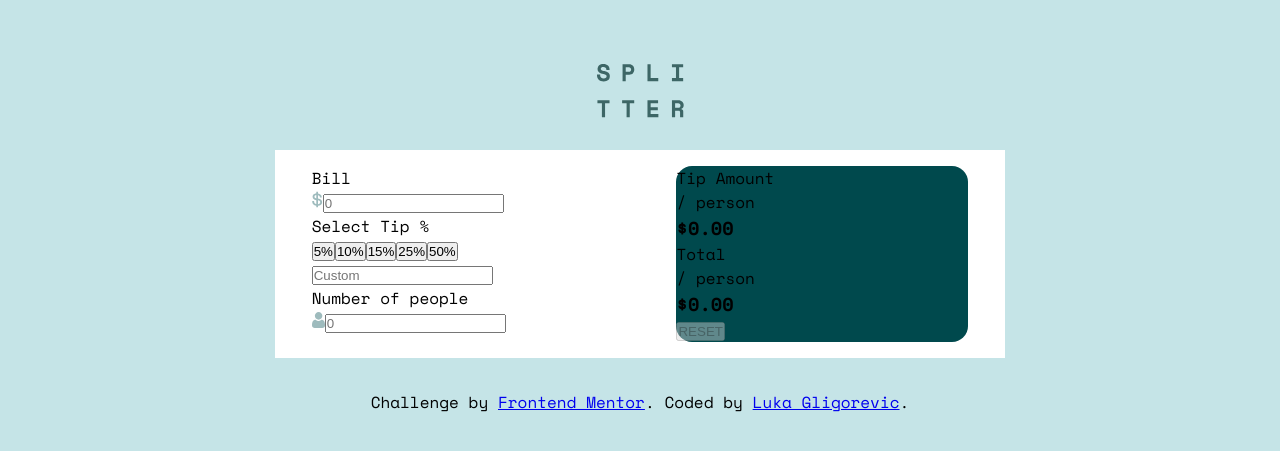
Repository: gligor99/tip-fmentor
Page: /
These files come from the project's save history. The page is drawn as it stood at one moment and after the next save; the edit follows.
The browser window is 1280 px wide. The pictures show the whole page.
The project was rebuilt for these pictures with package versions that can differ from the ones it lists, and the page was loaded fresh each time.

Above is the page before, as saved 2021-11-27 17:41:56.

After the next save:
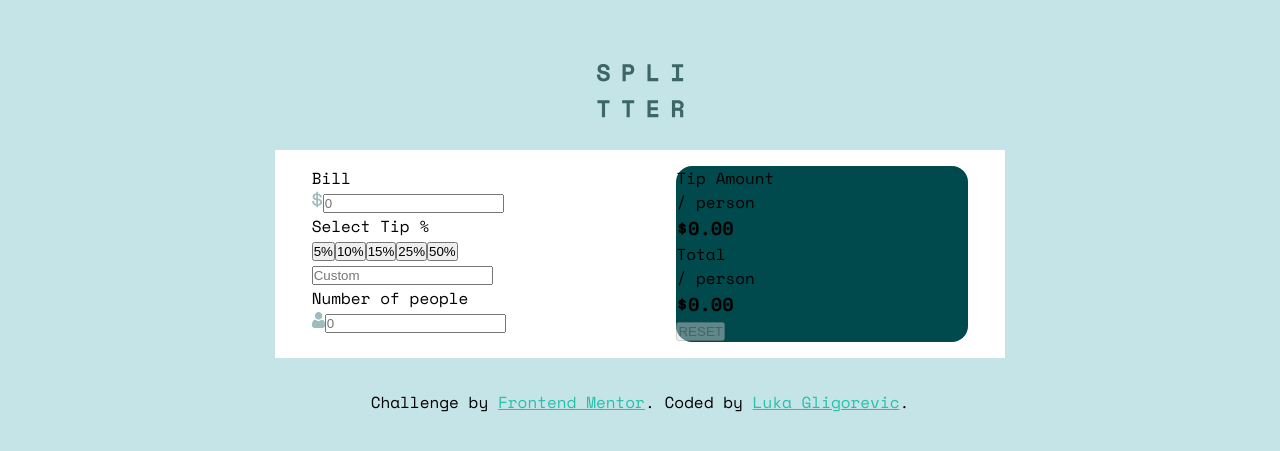
Saved 21 s later.
--- a/src/index.css
+++ b/src/index.css
@@ -44,6 +44,9 @@ body {
   text-align: center;
   padding: 2rem;
 }
+.attribution a {
+  color: var(--clr-primary);
+}
 
 .container {
   display: flex;
